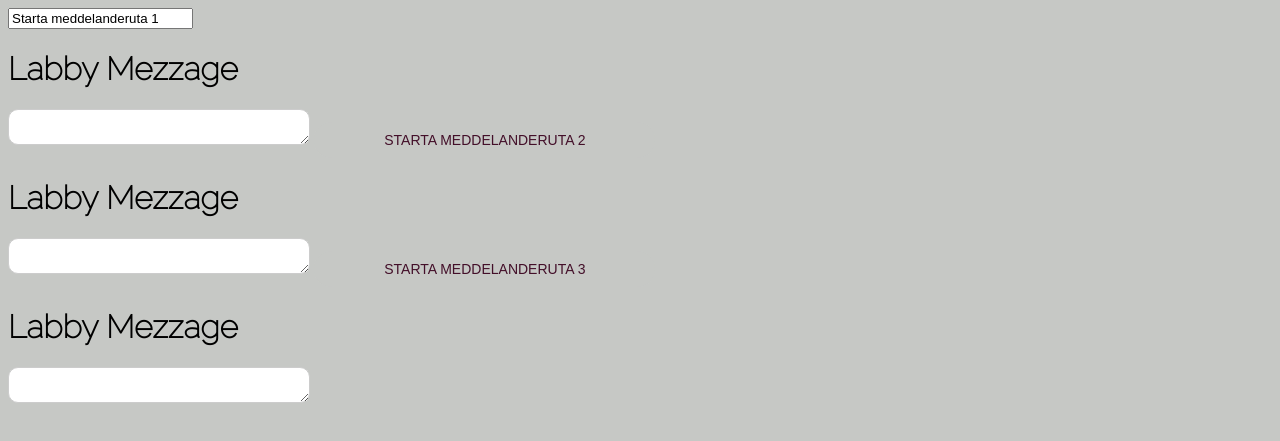
Repository: Angamanga/1dv403-laborationer
Page: 2-labbymezzage/index.html
The author's editor kept a record of every edit. The page is drawn from the files as they stood at one moment, then again after the next edit.
The browser window is 1280 px wide. The pictures show the whole page.
Some web fonts or font styles are not loaded; a fallback is used.

Above is the page before.

### 2-labbymezzage/index.html
<!doctype html>
<html lang="sv">

<head>
    <meta charset="utf-8" />
    <title>Labby mezzage</title>
    <link href='//fonts.googleapis.com/css?family=Londrina+Outline|Raleway:100' rel='stylesheet' type='text/css'>
    <link rel="stylesheet" media="screen and (min-width:501px)" href="css/style.css">
    <link rel="stylesheet" media="screen and (max-width:500px)" href="css/mobile.css">
    <meta name="viewport" content="width=device-width, minimum-scale=1">

    <script src="js/message.js"></script>
    <script src="js/script.js"></script>
    <title>Webbteknik 1, Laboration 2</title>
</head>

<body>



    <main>
          <form>
                <input id="start" type="submit1" value="Starta meddelanderuta 1" />
            </form>
        <div class="board1">
            <header>
                <h1>Labby Mezzage</h1>
            </header>
            <div class="container"></div>
            <p class="counter"></p>
            <textarea class="messageInput"></textarea>
            <input type="submit" class="submitMessage" value="Starta meddelanderuta 2" />
        </div>
        <div class="board2">
            <header>
                <h1>Labby Mezzage</h1>
            </header>
            <div class="container"></div>
            <p class="counter"></p>
            <textarea class="messageInput"></textarea>
            <input type="submit" class="submitMessage" value="Starta meddelanderuta 3" />
        </div>
        <div class="board3">
            <header>
                <h1>Labby Mezzage</h1>
            </header>
            <div class="container"></div>
            <p class="counter"></p>
            <textarea class="messageInput"></textarea>
            <input type="submit" class="submitMessage" value="Starta meddelanderuta 4 />

        </div>

    </main>

    <footer>
    </footer>
    </div>
</body>

</html>

### 2-labbymezzage/css/style.css
/*@media screen and (min-width: 501px)*/
body {
    background: #C6C8C5;
    color: black;
    font-family: 'Raleway', sans-serif;
}

.board {
    width: 300px;
    margin: 0 auto;
    text-align: center;
     margin: 0 auto;
    background: #787878;
    border: 1px solid #ccc;
    -moz-border-radius: 10px;
    -webkit-border-radius: 10px;
    border-radius: 10px;
    padding: 4px 7px;
    outline: 0;
    -webkit-appearance: none;
}
.board h1{
   font-family: 'Londrina Outline', cursive;
}

.messageInput {
    width:290px;
    border: 1px solid #ccc;
    -moz-border-radius: 10px;
    -webkit-border-radius: 10px;
    border-radius: 10px;
    outline: 0;
    padding-left:5px;
    padding-right:5px;
    -webkit-appearance: none;
}
.messageInput:focus {
    border-color: #430F29;
}
.messages{
    position:relative;
    width:290px;
    min-height:30px;
     border: 1px #C6C8C5;
     background:white;
    -moz-border-radius: 10px;
    -webkit-border-radius: 10px;
    border-radius: 10px;
    margin:3px;
    outline: 0;
    -webkit-appearance: none;
    font-size:0.6em;
       }

.text {
text-align:left;
padding:0 30px 0 6px;
margin:0 4px 0 4px;
}
.time{
text-align:right;
padding:0 6px 6px 0;

}

.showDate{
    position:absolute;
    right:6px;
    top:6px;

}

.submitDelete{
position:absolute;
    right:20px;
    top:6px;

}
.counter{
    font-size:0.7em;
    padding:0;
    margin:0 0 0 185px;

}
.submitMessage{
background:#C6C8C5;
color:#430F29;
text-shadow:none;
border-radius:200px;
font-size:14px;
padding:10px 70px;
text-transform:uppercase;
border:0;
box-shadow: none;
text-shadow:none;

}
.submitMessage:hover{
    background:#4F504F;
}

### 2-labbymezzage/js/message.js
"use strict";

function Message(message, date){

	this.getText = function(){
		return message;
	}
	this.setText = function(_text){
		message = _text;
	}

	this.getDate = function(){
		return date;
	}
	this.setDate = function(_date){
		date = _date
	}
}

Message.prototype.toString = function() {
	return this.getText() + " (" + this.getDate() + " )";
};

Message.prototype.getHTMLtext = function() {
			return this.getText().replace(/\n/g, " <br> ");
};

### 2-labbymezzage/js/script.js
"use strict";

window.onload = function() {
      //variabler som ska anvandas av flera funktioner
    var p = document.querySelector(".counter");
    var messageInput = document.querySelector(".messageInput");
    var submitMessage = document.querySelector(".submitMessage");
    var messages = document.querySelector(".messages");

    var MessageBoard = {
        messages: [],
        init: function() {
            var message = new Message();
            },
        removeMessage: function(i){
        MessageBoard.messages.splice(i,1);
            },
          renderMessage: function(messageID){
            //skapar div for ett meddelande med classname "messContainer"
            var container = document.querySelector(".container");
            var messContainer = document.createElement("div");
            messContainer.className = "messages";
            container.appendChild(messContainer);
            //skapar en p-tagg som ska innahalla texten
            var textP = document.createElement("p");
            textP.setAttribute("class","text");
            messContainer.appendChild(textP);
            textP.innerHTML = MessageBoard.messages[messageID].getHTMLtext();
            //skapar en p-tagg som ska innehalla tiden
            var timeP = document.createElement("p");
            timeP.setAttribute("class","time");
            messContainer.appendChild(timeP);
            timeP.innerHTML = MessageBoard.messages[messageID].getDate().toLocaleTimeString();
            //Skapar en lank och lagger till en bild som ska visa datum som en alertbox da man klickar pa bilden
            var linkTime=document.createElement("a");
            linkTime.setAttribute("src", "#");
            var img1 = document.createElement("img");
            img1.setAttribute("class","showDate");
            img1.setAttribute("src","pics/14.png");
            img1.setAttribute("alt","visa tid");
            messContainer.appendChild(linkTime);
            linkTime.appendChild(img1);
            var alertTime=MessageBoard.messages[messageID].getDate();
            img1.onclick = function(){
            alert("Inlagget skapades den: " + alertTime);
              };
            //gor en lank och lagger till en bild som ska radera meddelandet om man klickar pa bilden
            var linkDelete=document.createElement("a");
            linkDelete.setAttribute("src", "#");
            var img2 = document.createElement("img");
            img2.setAttribute("class","submitDelete");
            img2.setAttribute("src","pics/12.png");
            img2.setAttribute("alt","radera meddelande");
            messContainer.appendChild(linkDelete);
            linkDelete.appendChild(img2);
            //funktion som raderar meddelande
            img2.onclick = function(messageID){
               var a=window.confirm("VIll du verkligen radera meddelandet?");
                    if(a===true){
                MessageBoard.removeMessage(messageID);
                MessageBoard.renderMessages();
                p.innerHTML = "Antal meddelanden: " + MessageBoard.messages.length;
                    }
                };
            },
             renderMessages: function(){
                document.querySelector(".container").innerHTML="";
                for(var i=0;i<MessageBoard.messages.length;++i){
                    MessageBoard.renderMessage(i);
                }
            }
        };

    //funktion som skapar ett meddelande fran den inmatade texten samt haller reda pa hur manga meddelanden som skrivits
function submit(){
        var txt = messageInput.value;
        var dte = new Date();
        var msg = new Message(txt, dte);
        MessageBoard.messages.push(msg);
        p.innerHTML = "Antal meddelanden: " + MessageBoard.messages.length;
        MessageBoard.renderMessages();
        messageInput.value="";

}

//skapar ett meddelande da anvandaren trycker pa skriv
  submitMessage.addEventListener("click", function(e) {
       submit();
      });
//skapar ett meddelande da anvandaren trycker enter och radbrytning da anvandaren trycker shift-enter
 messageInput.onkeypress = function(e, messageID){
       if(e.keyCode == 13 && !e.shiftKey){
         submit();
       }
};
};

### 2-labbymezzage/css/mobile.css
/*@media screen and (max-width: 500px)*/
/*@media screen and (min-width: 501px)*/
body {
    background: #C6C8C5;
    color: black;
    font-family: 'Raleway', sans-serif;
}

.board {
    width: 300px;
    margin: 0 auto;
    text-align: center;
    line-height: 1.8em;
    margin: 0 auto;
    background: #787878;
    border: 1px solid #ccc;
    -moz-border-radius: 10px;
    -webkit-border-radius: 10px;
    border-radius: 10px;
    padding: 4px 7px;
    outline: 0;
    -webkit-appearance: none;
}
.board h1{
   font-family: 'Londrina Outline', cursive;
}

.messageInput {
    width:290px;
    border: 1px solid #ccc;
    -moz-border-radius: 10px;
    -webkit-border-radius: 10px;
    border-radius: 10px;
     outline: 0;
    -webkit-appearance: none;
}
.messageInput:focus {
    border-color: #430F29;
}
.messages{
    width:290px;
     border: 1px #C6C8C5;
     background:white;
    -moz-border-radius: 10px;
    -webkit-border-radius: 10px;
    border-radius: 10px;
    margin:3px;
    outline: 0;
    -webkit-appearance: none;
    font-size:0.9em;
       }

.text {
float:left;
padding:0 4px 0 4px;
margin:0 4px 0 4px;
}
.time{
    float:right;
   padding:0 4px 0 4px;
margin:0 4px 0 4px;
}
a{

    display:inline-block;
}

.counter{
    font-size:0.7em;
    padding:0;
    margin:0 0 0 185px;

}
.submitMessage, submit{
background:#C6C8C5;
color:#430F29;
text-shadow:none;
border-radius:200px;
font-size:14px;
padding:10px 70px;
text-transform:uppercase;
border:0;
box-shadow: none;
text-shadow:none;

}

After the next edit:
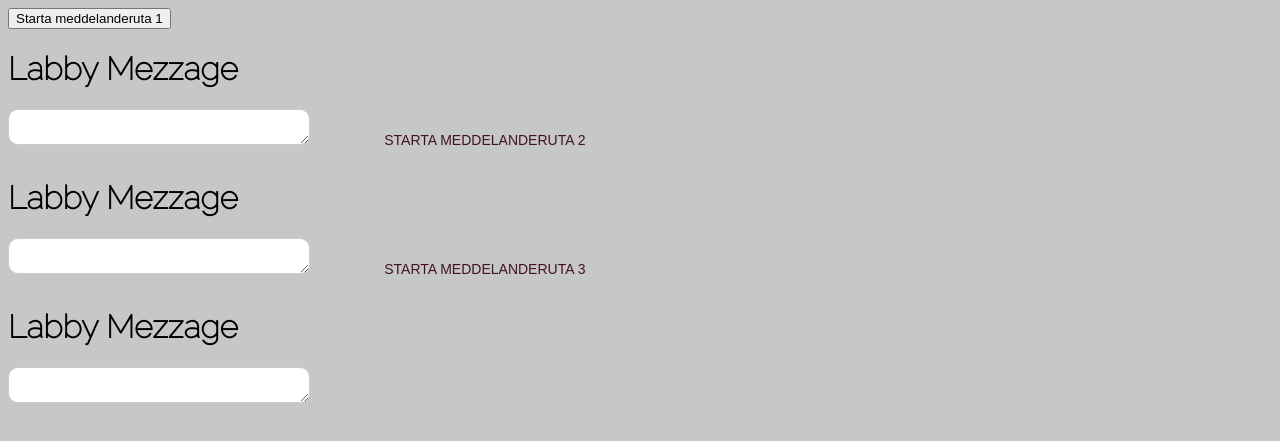
The edit:
--- a/2-labbymezzage/index.html
+++ b/2-labbymezzage/index.html
@@ -19,10 +19,8 @@
 
 
     <main>
-          <form>
-                <input id="start" type="submit1" value="Starta meddelanderuta 1" />
-            </form>
-        <div class="board1">
+                  <input id="start" type="submit" class="submitMessage1" value="Starta meddelanderuta 1" />
+            <div class="board1">
             <header>
                 <h1>Labby Mezzage</h1>
             </header>
